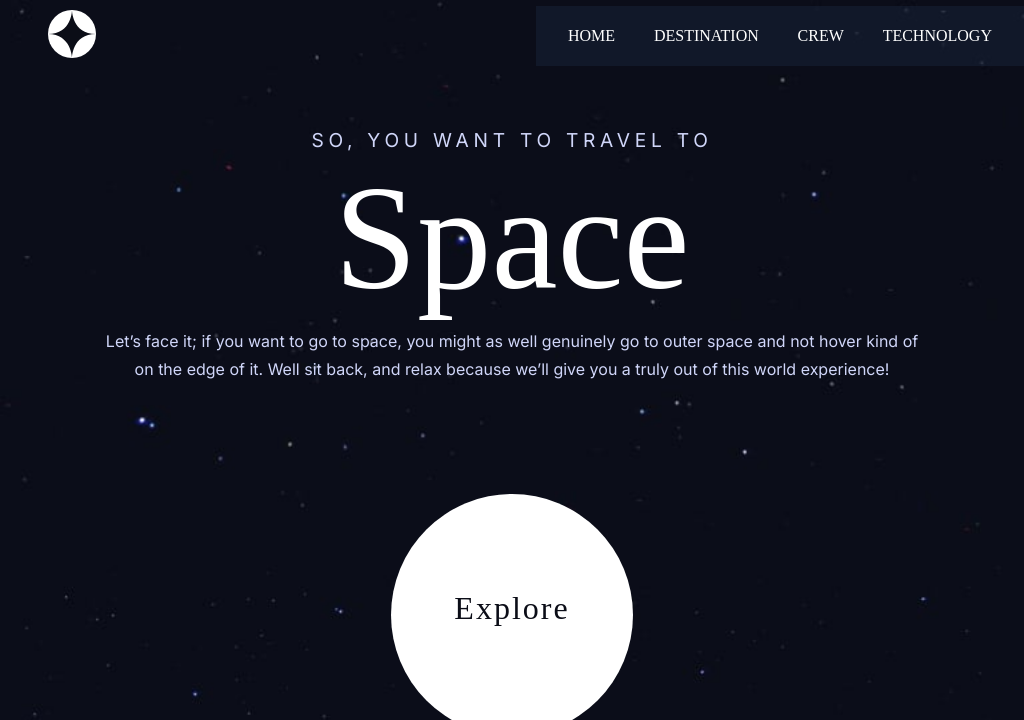
Repository: nilesjamex/space
Page: /
The author's editor kept a copy of each file at every save. The page is drawn from the files as they stood at one save, then again after the next save.
The browser window is 1024 px wide. The pictures show the whole page.
Some web fonts or font styles are not loaded; a fallback is used. Some web libraries are served in a nearby version. The project was rebuilt for these pictures with package versions that can differ from the ones it lists, and the page was loaded fresh each time. The framework's server and built-in components were replaced by stand-ins that run in the browser. Also part of the build but not shown: next.config.js.

Above is the page before, as saved 2022-01-08 04:26:28.

After the next save:
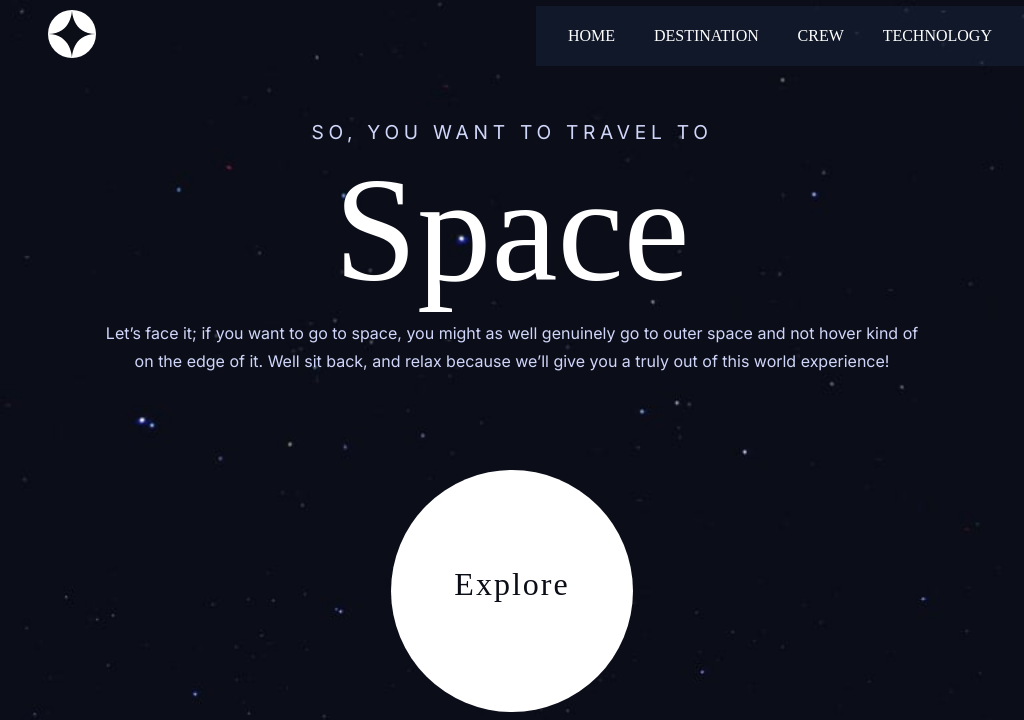
Saved 20 s later.
--- a/Components/home.module.css
+++ b/Components/home.module.css
@@ -95,7 +95,7 @@
         width: 242px;
         background-color: #fff;
         border-radius: 50%;
-        padding-bottom: 2rem;
+        margin-bottom: 2rem;
     }
 }
 
